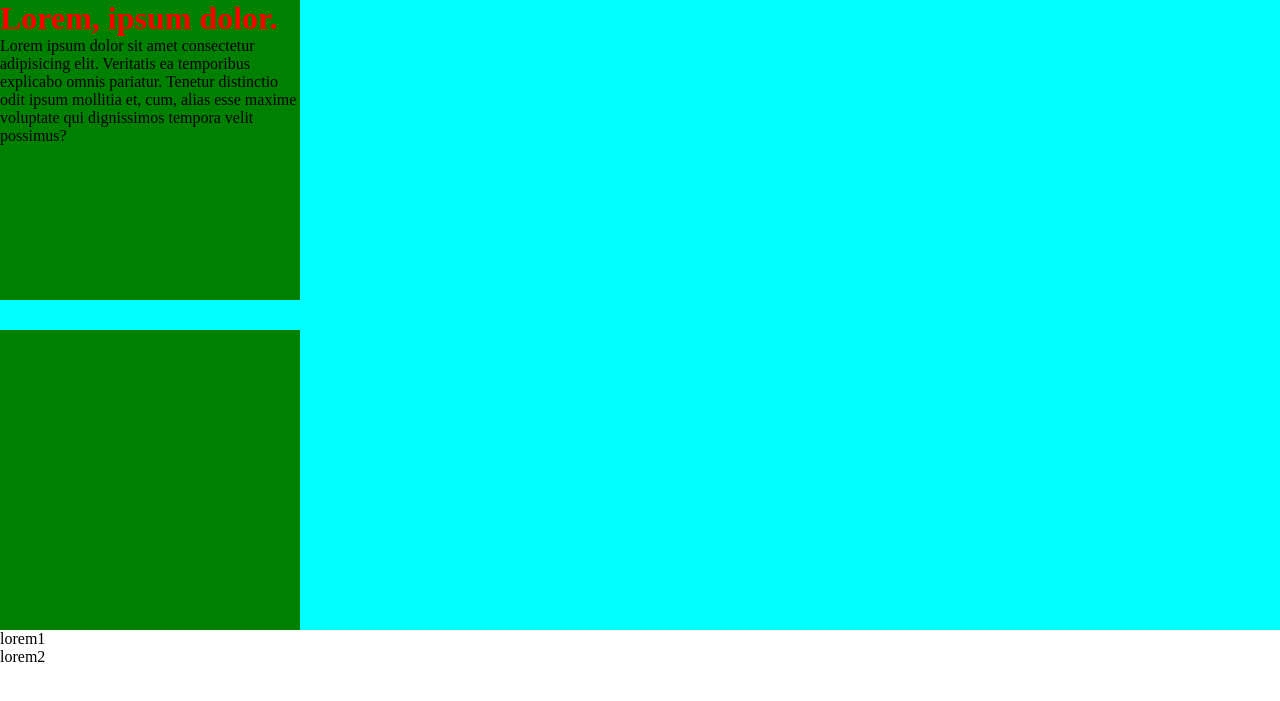
Repository: AytacSafarova/Scss-sample
Page: pages/homePage/index.html
The author's editor kept a copy of each file at every save. The page is drawn from the files as they stood at one save, then again after a run of saves.
The browser window is 1280 px wide. The pictures show the whole page.
The style sheet was rebuilt from its Sass, Less or Tailwind sources for each picture, by a compiler version that may differ from the author's.

Above is the page before, as saved 2023-11-09 14:26:32.

After the next 12 saves:
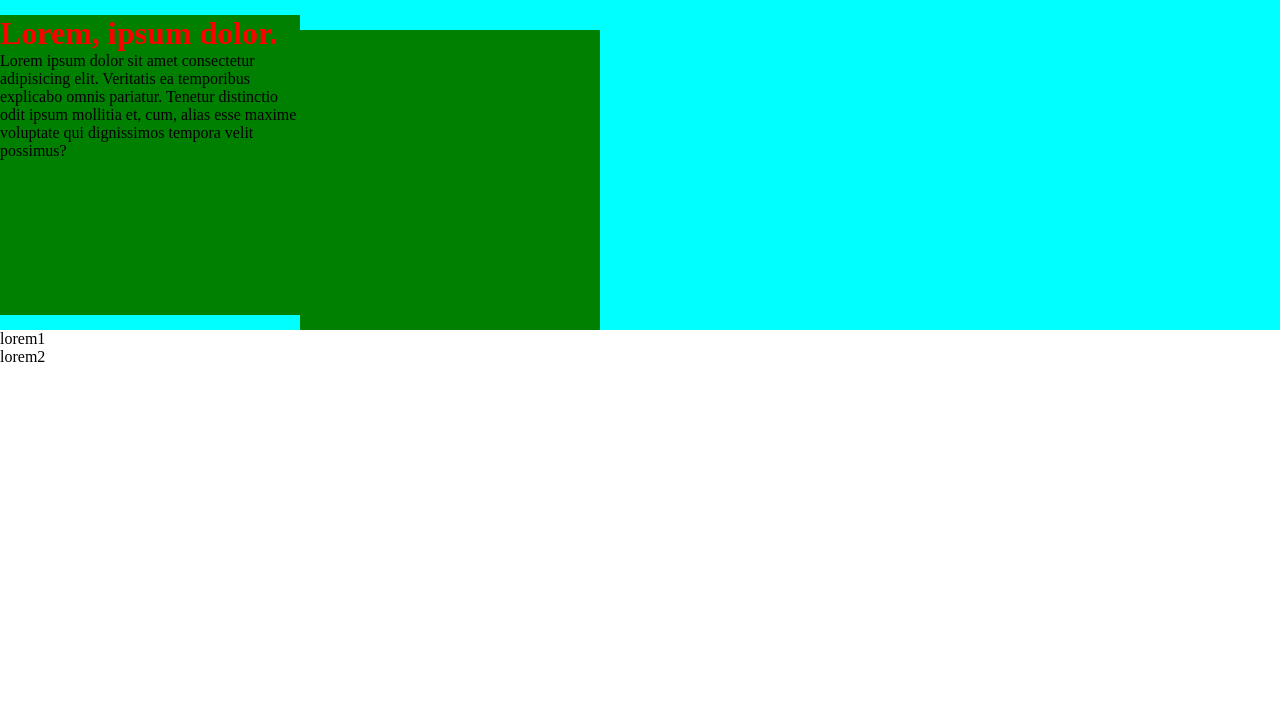
The 12 saves are shown as one change because 4 did not build or start and some came seconds apart.
The last was saved 54 s later.
--- a/pages/homePage/index.scss
+++ b/pages/homePage/index.scss
@@ -6,8 +6,13 @@ $boxColor:green;
     width: 300px;
     height: 300px;
 }
-
+@mixin display-style{
+    display:flex;
+    justify-contenht:center;
+    align-items:center;
+}
 .container {
+    @include display-style;
   background-color: aqua;
   .child {
     @include box-size;
